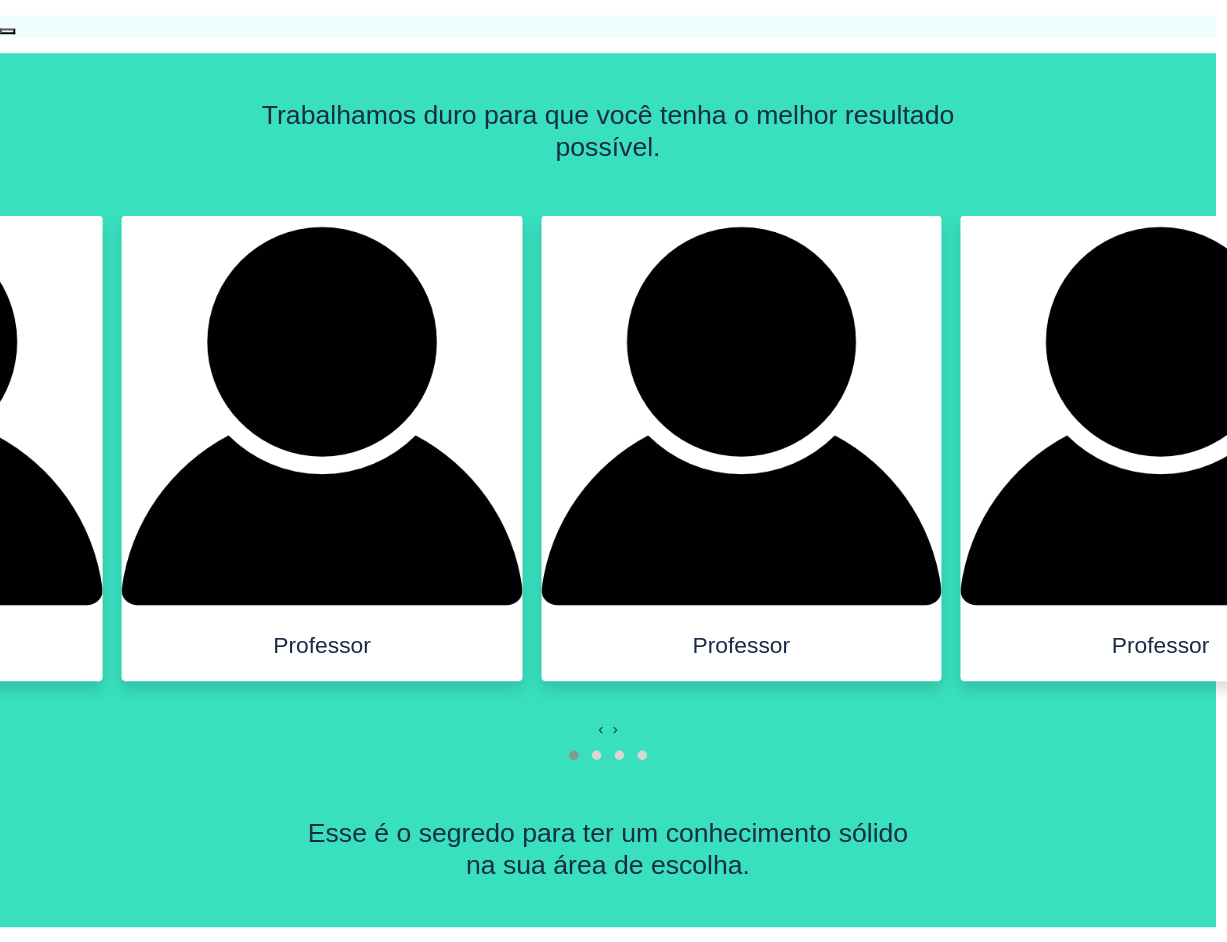
Repository: MarTech-Coders-Planejamento/site-oficial
Page: home.html
An editor plug-in stored every save of this project. The page is shown before and after the next save, followed by the edit.
The browser window is 1280 px wide. The page is 1292 px wide, so the pictures cover 1292 px, including what lies to the right of the window. The pictures show the whole page, at 95% of full size.
Some web fonts or font styles are not loaded; a fallback is used.

Above is the page before, as saved 2021-10-23 00:56:45.

After the next save:
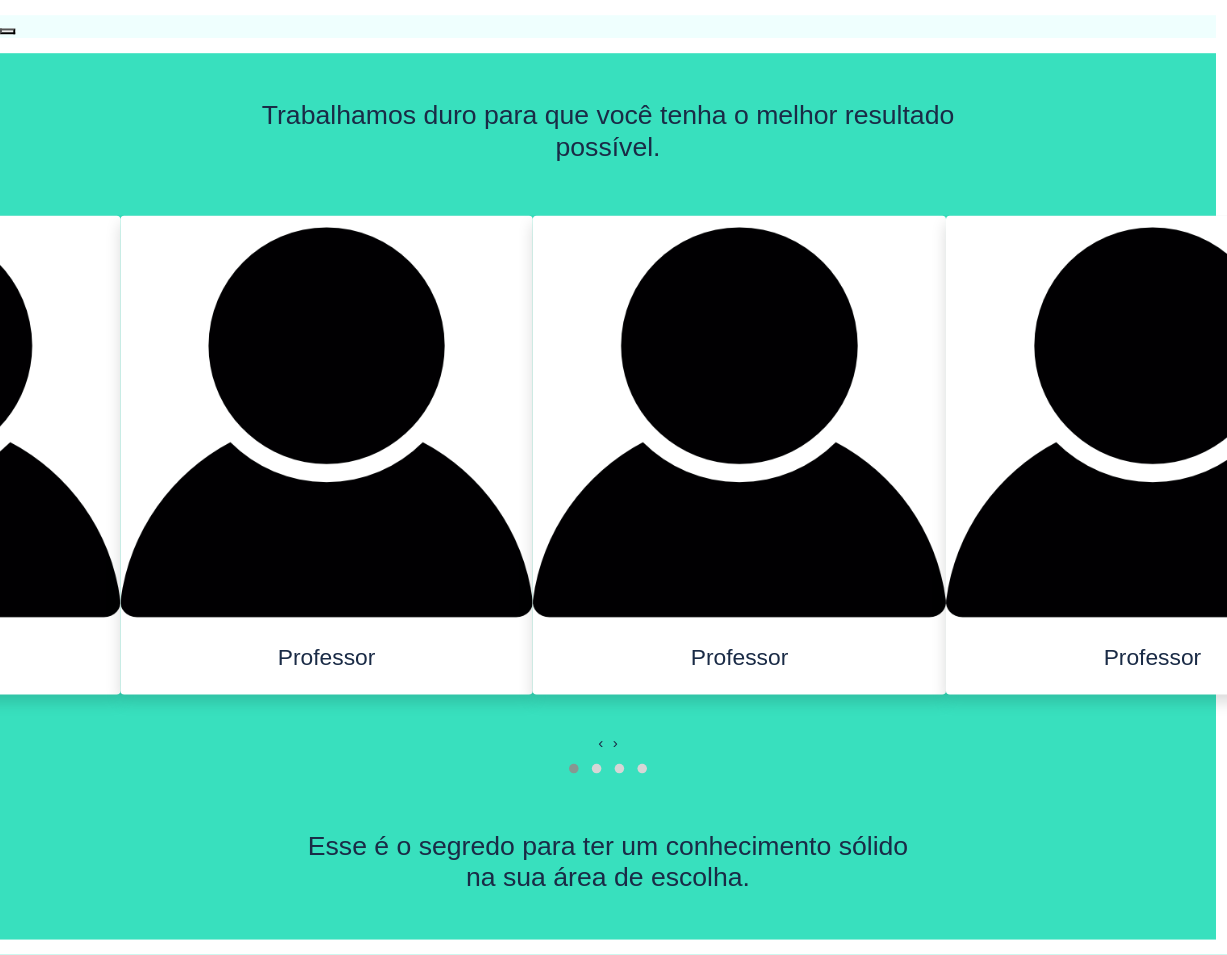
Saved 39 s later.
--- a/home.html
+++ b/home.html
@@ -239,7 +239,6 @@
       $(".owl-carousel").owlCarousel({
         loop: true,
         autoplay: true,
-        margin: 20,
         animateOut: "fadeOut",
         animateIn: "fadeIn",
         nav: true,
